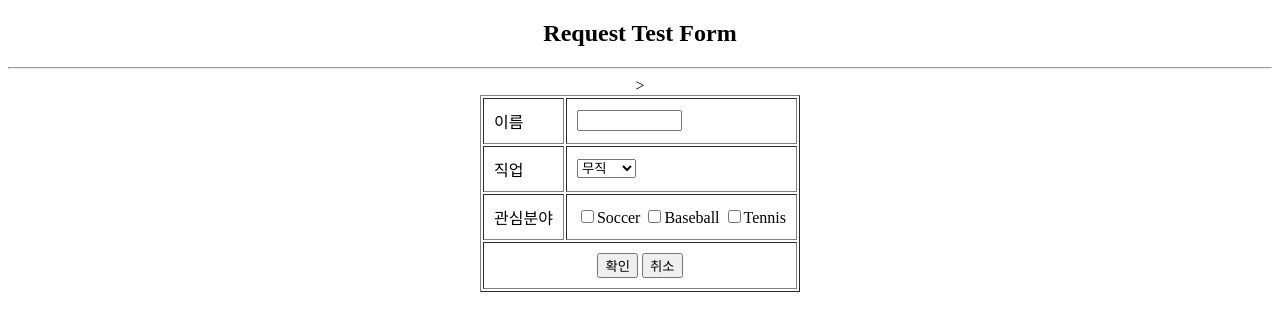
Repository: HyeonbinSa/JSPBook
Page: jspbook/WebContent/ch06/implicit.html
An editor plug-in stored every save of this project. The page is shown before and after the next save, followed by the edit.
The browser window is 1280 px wide. The pictures show the whole page.

Above is the page before, as saved 2020-01-02 09:51:56.

After the next save:
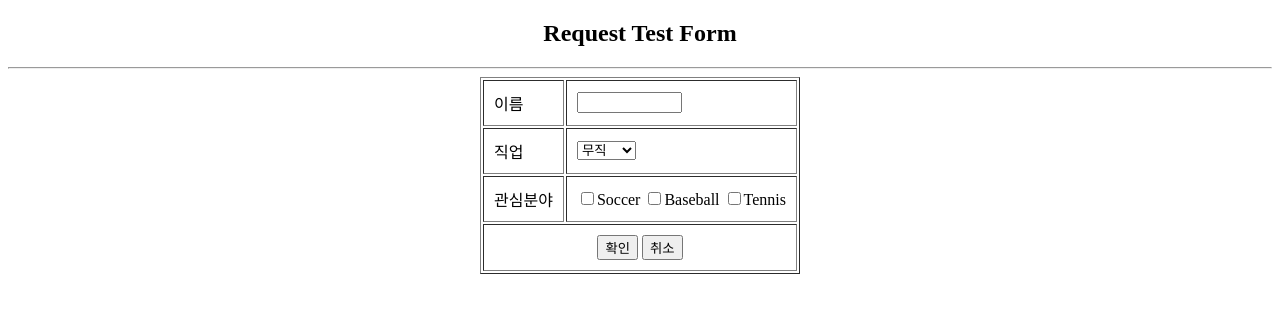
Saved 82 s later.
--- a/jspbook/WebContent/ch06/implicit.html
+++ b/jspbook/WebContent/ch06/implicit.html
@@ -41,7 +41,7 @@ td, th{
 			<input type="checkbox" name="favorite" value="Tennis">Tennis
 		</td>
 		<tr><td colspan=2 align="center"><input type="submit" value="확인">
-		<input type="reset" value="취소"></td>></tr>
+		<input type="reset" value="취소"></td></tr>
 	</table>
 </form>
 </div>
